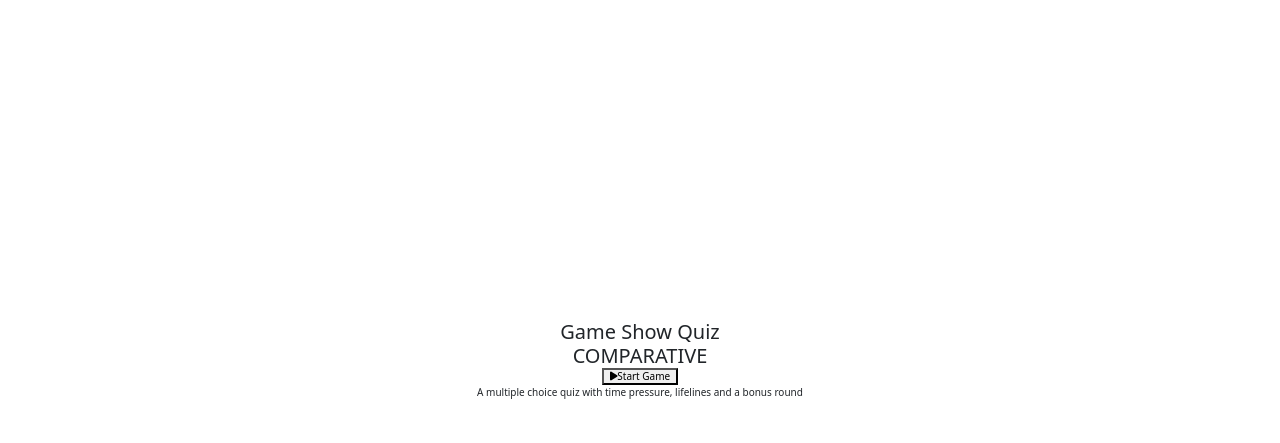
Repository: litaiqiang1407/comparative-gq
Page: /
These files come from the project's save history. The page is drawn as it stood at one moment and after the next save; the edit follows.
The browser window is 1280 px wide. The pictures show the whole page.
The project was rebuilt for these pictures with package versions that can differ from the ones it lists, and the page was loaded fresh each time. Also part of the build but not shown: vue.config.js.

Above is the page before, as saved 2024-06-20 19:48:17.

After the next save:
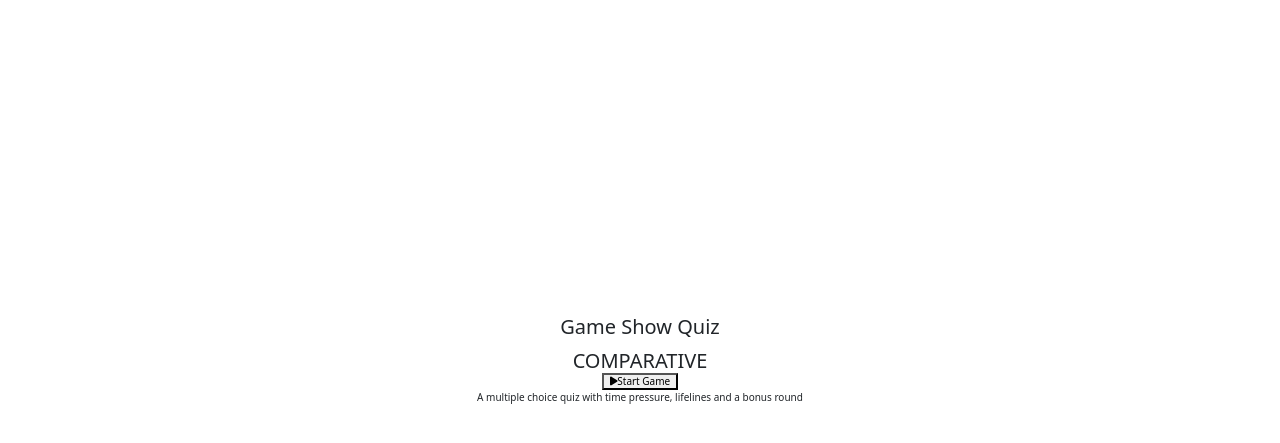
Saved 10 s later.
--- a/src/components/StartGame/StartGame.scss
+++ b/src/components/StartGame/StartGame.scss
@@ -13,4 +13,9 @@
     justify-content: center;
     align-items: center;
   }
+
+  .title {
+    font-size: 2rem;
+    margin-bottom: 1rem;
+  }
 }
